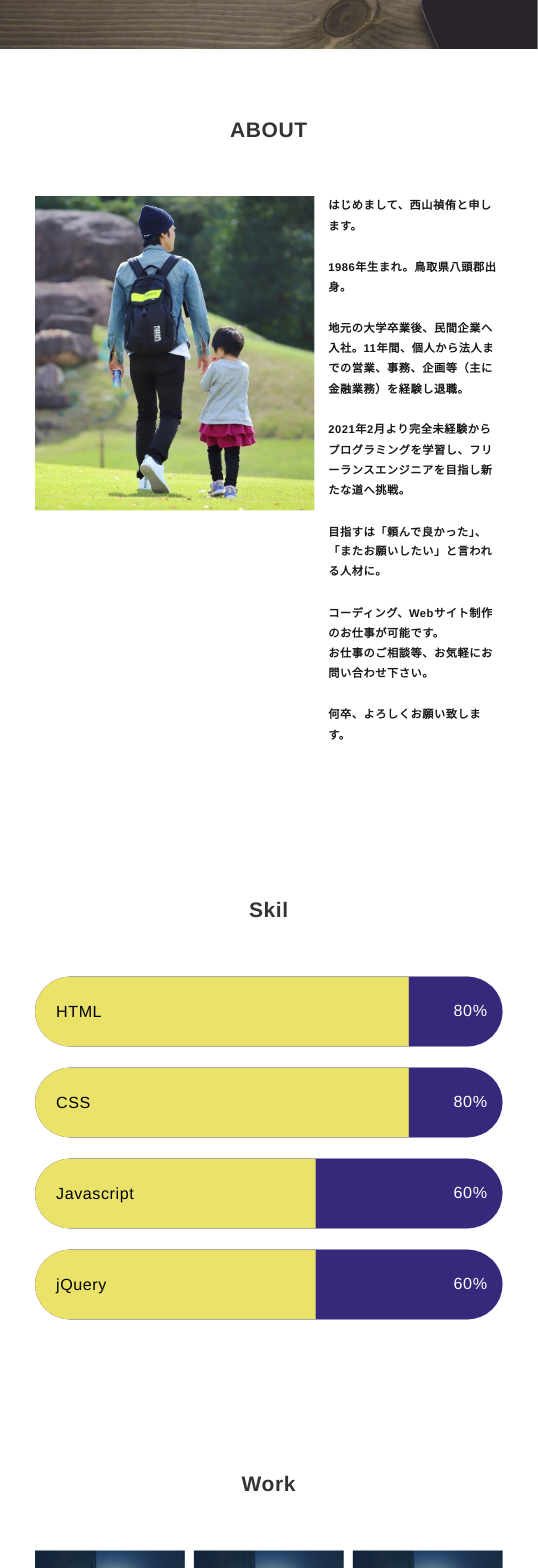
Repository: sadayuki15/portfolio
Page: index.html
These files come from the project's save history. The page is drawn as it stood at one moment and after the next save; the edit follows.
The browser window is 768 px wide. The pictures show the part of the page from y = 730 to 2970 px (the page is 4163 px tall before and 4043 px after), at 70% of full size.

Above is the page before, as saved 2021-04-26 01:50:50.

### index.html
<!DOCTYPE html>
<html lang="ja">
<head>
  <meta charset="UTF-8">
  <meta http-equiv="X-UA-Compatible" content="IE=edge">
  <meta name="viewport" content="width=device-width, initial-scale=1.0">
  <link rel="stylesheet" href="./css/reset.css">
  <link rel="stylesheet" href="./css/style.css">
  <title>Document</title>
</head>
<body>
  <!-- header -->
  <header class="header">
    <div class="header-inner">
      <h1 class="header-title">PortFolio</h1>
      <nav class="header-nav">
        <ul class="nav-list">
          <li class="nav-item"><a href="#">Home</a></li>
          <li class="nav-item"><a href="#">About</a></li>
          <li class="nav-item"><a href="#">Skil</a></li>
          <li class="nav-item"><a href="#">Work</a></li>
          <li class="nav-item"><a href="#">Contact</a></li>
        </ul>
      </nav>
      <button id="burger-btn">
        <span class="bar bar_top"></span>
        <span class="bar bar_mid"></span>
        <span class="bar bar_bottom"></span>
      </button>
    </div>
  </header>
  <!-- //header -->

  <main>
  <!-- fv -->
  <div class="fv">
    <div class="main-copy">
      <p class="main-title">
        SADAYUKI<br>
        NISIYAMA
      </p>
    </div>
  </div>
  <!-- //fv -->

  <!-- About -->
  <div class="section-wrapper">
    <h2 class="section-title">ABOUT</h2>
    <div class="section-inner about">
      <div class="about-img-wrapper">
        <img calss="ab-img" src="./img/about1.jpg" alt="">
      </div>
      <div class="about-contents">
        <p class="about-text">
          はじめまして、西山禎侑と申します。
        </p>
        <p class="about-text">
          1986年生まれ。鳥取県八頭郡出身。
        </p>
        <p class="about-text">
          地元の大学卒業後、民間企業へ入社。11年間、個人から法人までの営業、事務、企画等（主に金融業務）を経験し退職。
        </p>
        <p class="about-text">
          2021年2月より完全未経験からプログラミングを学習し、フリーランスエンジニアを目指し新たな道へ挑戦。
        </p>
        <p class="about-text">
          目指すは「頼んで良かった」、「またお願いしたい」と言われる人材に。
        </p>
        <p class="about-text">
          コーディング、Webサイト制作のお仕事が可能です。<br>
          お仕事のご相談等、お気軽にお問い合わせ下さい。
        </p>
        <p class="about-text">
          何卒、よろしくお願い致します。
        </p>
      </div>
    </div>
  </div>
  <!-- //About -->

  <!-- skil -->
  <div class="section-wrapper">
    <h2 class="section-title">Skil</h2>
    <div class="section-inner">
      <div class="chart">
        <div id="board">
          <div class="row">
            <span class="label">HTML</span>
            <div class="bar-wrap">
              <div class="bar" data-value="80"></div>
            </div>
            <span class="number">80%</span>
          </div><!-- row -->
          <div class="row">
            <span class="label">CSS</span>
            <div class="bar-wrap">
              <div class="bar" data-value="80"></div>
            </div>
            <span class="number">80%</span>
          </div><!-- row -->
          <div class="row">
            <span class="label">Javascript</span>
            <div class="bar-wrap">
              <div class="bar" data-value="60"></div>
            </div>
            <span class="number">60%</span>
          </div><!-- row -->
          <div class="row">
            <span class="label">jQuery</span>
            <div class="bar-wrap">
              <div class="bar" data-value="60"></div>
            </div>
            <span class="number">60%</span>
          </div><!-- row -->
        </div><!-- board -->
      </div><!-- chart -->
    </div>
  </div>
  <!-- //skil -->

  <!-- works -->
  <div class="section-wrapper">
    <h2 class="section-title">Work</h2>
    <div class="section-inner">
      <ul class="work-list">
        <li class="work-item">
          <a href="">
            <div class="work-img">
              <img src="./img/top2.jpg" alt="">
            </div>
            <p class="work-text">テキストが入ります。テキストが入ります。テキストが入ります。</p>
          </a>
        </li>
        <li class="work-item">
          <a href="">
            <div class="work-img">
              <img src="./img/top2.jpg" alt="">
            </div>
            <p class="work-text">テキストが入ります。テキストが入ります。テキストが入ります。テキストが入ります。</p>
          </a>
        </li>
        <li class="work-item">
          <a href="">
            <div class="work-img">
              <img src="./img/top2.jpg" alt="">
            </div>
            <p class="work-text">テキストが入ります。テキストが入ります。テキストが入ります。テキストが入ります。テキストが入ります。</p>
          </a>
        </li>
      </ul>
    </div>
  </div>
  <!-- //works -->

  <!-- contact -->
  <div class="section-wrapper">
    <h2 class="section-title">Contact</h2>
    <div class="section-inner">
      <form action="https://docs.google.com/forms/u/0/d/e/1FAIpQLSfCjsqzzj8C34UUE0Mi2WnerATBCsd4cWR83YcoPwhWItEpFQ/formResponse">
        <ul class="contact-list">
          <li class="contact-item">
            <label for="name" class="contact-label">お名前</label>
          </li>
          <li class="contact-item">
            <input id="name" class="input-text" type="text" name="entry.32834570" placeholder="制作太郎">
          </li>
        </ul>
        <ul class="contact-list">
          <li class="contact-item">
            <label for="name" class="contact-label">フリガナ</label>
          </li>
          <li class="contact-item">
            <input id="name" class="input-text" type="text" name="entry.382189680" placeholder="フリガナ">
          </li>
        </ul>
        <ul class="contact-list">
          <li class="contact-item">
            <label for="email" class="contact-label">メールアドレス</label>
          </li>
          <li class="contact-item">
            <input id="email" class="input-text" type="text" name="entry.303714741" placeholder="example@mail.co.jp">
          </li>
        </ul>
        <ul class="contact-list">
          <li class="contact-item">
            <label for="msg" class="contact-label">お問い合わせ内容</label>
          </li>
          <li class="contact-item">
            <textarea id="msg" name="entry.1496098719" placeholder="お気軽にお問い合わせください。"></textarea>
          </li>
        </ul>
        <div class="contact-btn">
          <button class="submit-btn" type="submit" name="button" value="送信">送信する</button>
        </div>
      </form>
    </div>
  </div>
  <!-- //contact -->







  </main>



  <script src="jquery-3.6.0.min.js"></script>
  <script src="index.js"></script>
</body>
</html>

### css/style.css
html {
  font-size: 62.5%;
}
body {
  font-size: 1.6rem;
  letter-spacing: .05em;
  color: #171717;
  font-family: Helvetica, '游ゴシック', 'Yu Gothic', YuGothic, HiraKakuProN-W3, 'メイリオ', Meiryo, sans-serif;
}
ul {
  text-decoration: none;
}
li {
  list-style: none;
}
a {
  text-decoration: none;
}
img {
  width: 100%;
  vertical-align: bottom;
}
/*-------共通-------*/
.section-wrapper {
  padding: 100px 0 100px;
  margin-bottom: 50px;
}
.section-title{
  max-width: 1000px;
  color: #333;
  font-size: 6rem;
  margin: 0 auto 80px;
  padding: 0 30px;
  text-align: center;
}
.section-inner {
  max-width: 1000px;
  margin: 0 auto;
  padding: 0 50px;
}


/*-------header-------*/
.header {
  width: 100%;
  padding: 19px 30px;
  position: absolute;
  top: 0;
  left: 0;
  z-index: 1;
  transition: .3s;
  color: #fff;
  box-sizing: border-box;
}
.header-inner {
  max-width: 1200px;
  margin: 0 auto;
  display: flex;
  justify-content: space-between;
  align-items: center;
  box-sizing: border-box;
}
.header-title {
  font-size: 2.6rem;
}
.nav-list {
  display: flex;
}
.nav-item a {
  display: block;
  color: #fff;
  font-weight: bold;
  text-decoration: none;
  transition: .3s;
}
.nav-item {
  margin-right: 30px;
}
.nav-item:last-of-type {
  margin-right: 0;
}
.nav-item a:hover {
  opacity: .7;
  transition: .3s;
  text-decoration: 3px underline;
}
#burger-btn {
  display: none;
}

/*-------fv-------*/
.fv {
  width: 100%;
  height: 100vh;
  min-height: 550px;
  background-image: url(../img/fv-top.jpg);
  background-size: cover;
  background-position: center;
  /* position: relative; */
}
.main-copy {
  position: absolute;
  bottom: 19%;
  left: 8.3%;
  color: #fff;
  font-weight: bold;
}
.main-title{
  font-size: 10vw;
  text-align: center;
}

.about{
  display: flex;
  justify-content: space-between;
}
.about-img-wrapper {
  max-width: 400px;
  margin-right: 20px;
}
.ab-img {
  width: 100%;
}
.about-text {
  max-width: 500px;
  margin-bottom: 30px;
  line-height: 1.8;
  font-weight: bold;
}

/*-------skil-------*/
.content {
  width: 100%;
  height: 200px;
  line-height: 200px;
  text-align: center;
}
.chart {
  max-width: 1000px;
  margin: 0 auto;
}
.chart .row {
  position: relative;
  height: 100px;
  margin-bottom: 25px;
}
.chart .row span {
  color: #000;
  font-size: 1.8rem;
}
.chart .row span.label {
  position: absolute;
  top: 35px;
  left: 3%;
  padding-left: 10px;
  text-align: left;
  line-height: 30px;
  z-index: 10;
}
.chart .row .bar-wrap {
  position: relative;
  background: #36297c;
  width: 100%;
  height: 100%;
  overflow: hidden;
  border-radius: 50px;
}
.chart .row .bar-wrap .bar {
  position: absolute;
  top: 0;
  left: 0;
  height: 100%;
  background: #ebe26a;
  transition: all 1s;
  transform: translateX(-100%);
}
.chart .row .bar-wrap .bar.no {
  transform: translateX(0%);
}
.chart .row span.number {
  position: absolute;
  top: 35px;
  right: 3%;
  width: 40px;
  padding-right: 10px;
  text-align: right;
  line-height: 28px;
  z-index: 10;
  color: #fff;
}

/*-------work-------*/
.work-list {
  max-width: 1000px;
  margin: 0 auto;
  display: flex;
  justify-content: space-between;
}
.work-item {
  width: 32%;
}
.work-item a {
  color: #333;
}
.work-text {
  padding: 25px 20px;
}

/*-------contact-------*/
.contact-list {
  max-width: 700px;
  margin: 0 auto 30px;
  padding: 0 50px;
}
.contact-item {
  margin-bottom: 5px;
}
.contact-item:last-of-type {
  margin-bottom: 0;
}
.contact-label {
  display: block;
  font-weight: bold;
  font-size: 20px;
  padding: 0 8px;
}
input,textarea {
  resize: none;
  appearance: none;
  -webkit-appearance: none;
  outline: none;
  border: 3px solid #333;
  width: 100%;
  color: #333;
  box-sizing: border-box;
  border-radius: 10px;
  font-size: 20px;
}
.input-text {
  padding: 0 8px;
  line-height: 35px;
}
.input-text:focus {
  background-color: #eaf6fd;
}
textarea {
  height: 150px;
  padding: 0 8px;
  line-height: 30px;
}
textarea:focus {
  background-color: #eaf6fd;
}
.contact-btn {
  text-align: center;
  max-width: 700px;
  margin: 0 auto;
}
button {
  background-color: transparent;
  border: none;
  cursor: pointer;
  outline: none;
  padding: 0;
  appearance: none;
}
.submit-btn {
  display: block;
  width: 235px;
  line-height: 60px;
  margin: 0 auto;
  background-color: #d61010;
  box-shadow: 0 0 6px #1B1310;
  border-radius: 30px;
  text-align: center;
  color: #171717;
  font-weight: bold;
  transition: .3s;
  border: none;
  font-size: 20px;
}
.submit-btn:hover {
  opacity: .9;
  transition: .3s;
  cursor: pointer;
}

/*-------media-------*/
@media screen and (min-width: 1000px) {
  .chart .row {
    margin-bottom: 30px;
  }
  .chart .row span {
    color: #000;
    font-size: 3rem;
  }
}

@media screen and (max-width: 1000px) {
  .chart .row {
    margin-bottom: 30px;
  }
  .chart .row span {
    color: #000;
    font-size: 3vw;
  }
}

@media screen and (max-width:768px) {
  /*-------- base_sp -------*/
  .section-wrapper {
    padding: 100px 0 40px;
  }
  .section-title {
    padding: 0 4vw;
    font-size: 3rem;
    mb
  }

  /*-------- header -------*/
  .header-nav {
    position: fixed;
    top: -110%;
    left: 0;
    right: 0;
    width: 100%;
    height: 100vh;
    background: rgba(0,0,0,0.9);
    color: #ffffff;
    display: flex;
    align-items: center;
    justify-content: center;

    /* 上からスライド */
    transition: top 0.5s;
  }
  .nav-list {
    display: block;
  }
  .nav-item {
    margin-bottom: 20px;
  }

#burger-btn .bar {
  display: block;
  background-color: #fff;
  width: 30px;
  height: 3px;
  transition: .3s;
}
.bar_top,
.bar_mid {
  margin-bottom: 8px;
}

#burger-btn.cross .bar_top {
  transform: rotate(45deg) translate(8px,8px);
  transition: .3s;
}
#burger-btn.cross .bar_mid {
  opacity: 0;
  transition: .3s;
}
#burger-btn.cross .bar_bottom {
  transform: rotate(-45deg) translate(8px,-8px);
  transition: .3s;
}
body.noscroll {
  overflow: hidden;
}

/* ナビゲーションボタン（開く） */
#burger-btn{
  display: block;
  top: 15px;
  padding: 0;
  outline: none;
  border: none;
  background: none;
  width: 30px;
  height: 20px;
  cursor: pointer;
}
.open .header-nav{
  top: 0;
}
.open #burger-btn{
  z-index: 100;
}
}

### index.js
function generateChart(wrapper) {
  let values = [];

  $(wrapper + ' .bar').each(function(index, el) {
    values.push($(this).data('value'));
  });

  $(wrapper + ' .bar').each(function(index, el) {
    let bar = $(this);
    let value = bar.data('value');

    bar.width(value + '%');

    let board = $('#board');
    let boardO = board.offset().top;
    let boardH = board.height();
    let windowH = $(window).height();
    let windowS = $(window).scrollTop();

    if(windowS > boardO - windowH + (windowH / 2) && windowS < boardO + boardH - (boardH / 2)){
      bar.addClass('no');
    }
  });
}

$(window).on('scroll', function(event) {
  generateChart('#board');
});

document.getElementById("burger-btn").onclick = function(){
  document.querySelector('html').classList.toggle('open');
  $(this).toggleClass('cross');
  $('body').toggleClass('noscroll');
}

Loaded but not shown: css/reset.css (common file); jquery-3.6.0.min.js (library)

After the next save:
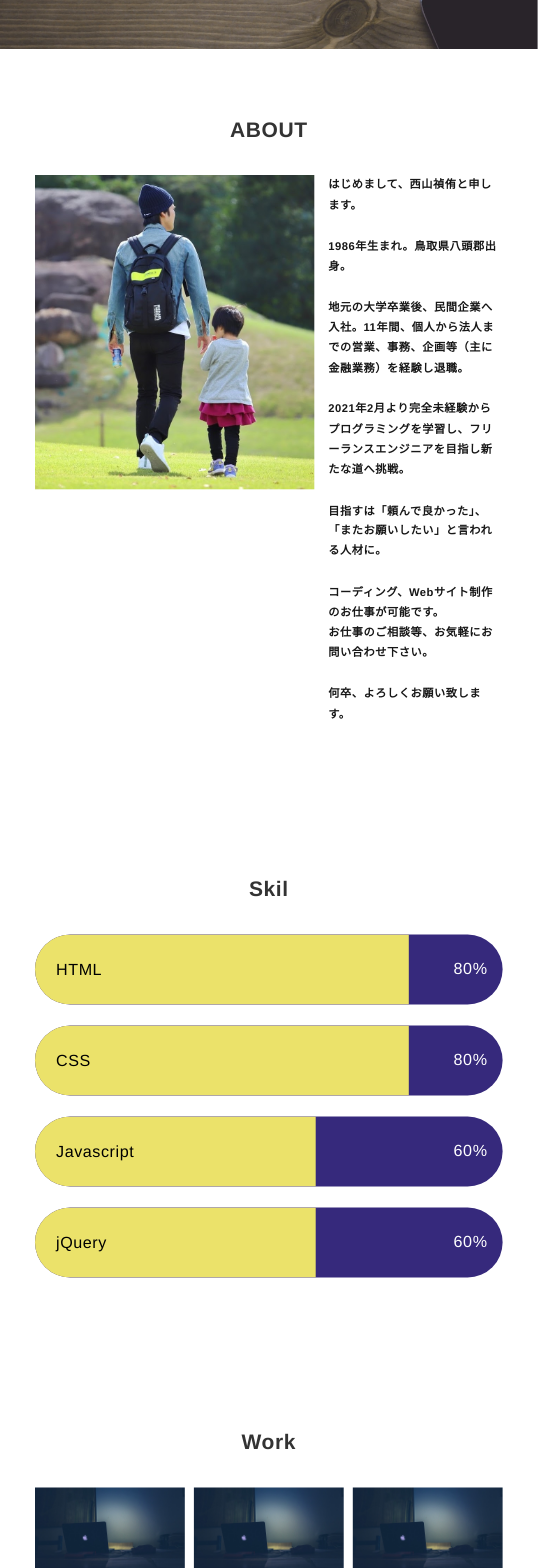
Saved 4 s later.
--- a/css/style.css
+++ b/css/style.css
@@ -314,7 +314,7 @@ button {
   .section-title {
     padding: 0 4vw;
     font-size: 3rem;
-    mb
+    margin-bottom: 50px;
   }
 
   /*-------- header -------*/
